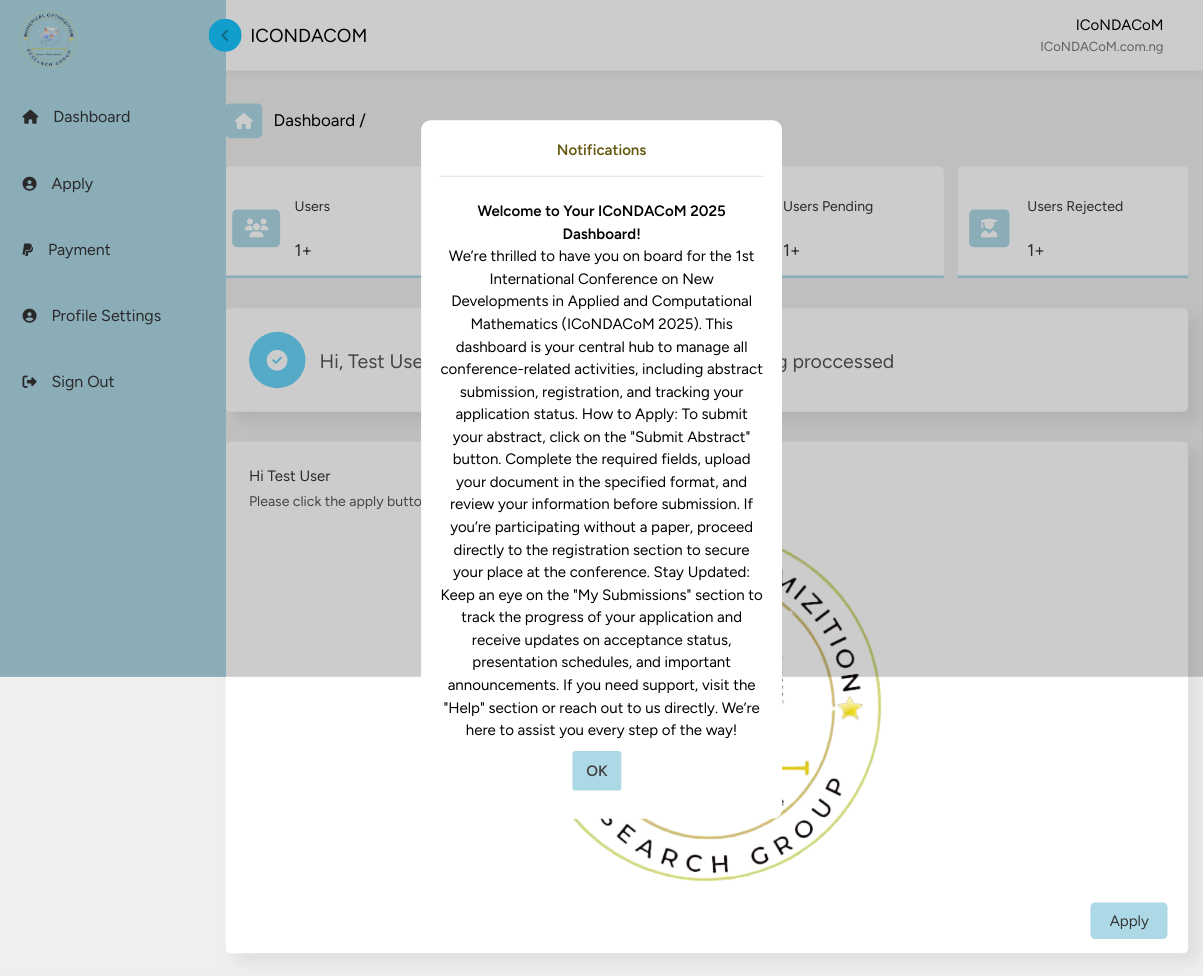
Repository: mrcode-gmb/aa-lectturn
Page: http://localhost/dashboard
The author's editor kept a copy of each file at every save. The page is drawn from the files as they stood at one save, then again after the next save.
The browser window is 1280 px wide. The pictures show the whole page, at 94% of full size.
The page is served by the project's Laravel application, run on PHP 8.4 with Laravel 10. A made-up administrator, Test User (test@example.com), is signed in. Other server files are loaded and not shown. Queries for data that is not in the repository find no rows.

Above is the page before, as saved 2025-02-07 10:22:29.

### routes/web.php
<?php

use App\Models\User;
use Illuminate\Support\Facades\Mail;
use Illuminate\Support\Facades\Route;
use App\Http\Controllers\ProfileController;
use App\Http\Controllers\ApplyCompetationController;

/*
|--------------------------------------------------------------------------
| Web Routes
|--------------------------------------------------------------------------
|
| Here is where you can register web routes for your application. These
| routes are loaded by the RouteServiceProvider and all of them will
| be assigned to the "web" middleware group. Make something great!
|
*/

Route::get('/', function () {
    return view('welcome');
});

Route::get('/dashboard', function () {
    return view('dashboard',
    [
        "allUsers" => User::where("role",2)->count(),
        "allPendingUsers" => User::where("status",1)->count(),
        "allApprovedUsers" => User::where("status",2)->count(),
        "allRejectedUsers" => User::where("status",3)->count(),
    ]);
})->middleware(['auth', 'verified'])->name('dashboard');

Route::middleware('auth')->group(function () {
    Route::get('/profile', [ProfileController::class, 'edit'])->name('profile.edit');
    Route::patch('/profile', [ProfileController::class, 'update'])->name('profile.update');
    Route::delete('/profile', [ProfileController::class, 'destroy'])->name('profile.destroy');

    Route::controller(ApplyCompetationController::class)->group(function () {
        Route::get("/apply", "index")->name("apply");
        Route::get("/users/applied", "showAppliedUsers")->name("apply.showAppliedUsers");
        Route::get("/users/payment/histories", "showPaymentHistories")->name("apply.showPaymentHistories");
        Route::get("/users/all", "showAlldUsers")->name("all.showAppliedUsers");
        Route::post("apply/store", "store")->name("apply.store");
        Route::post("apply/update", "update")->name("apply.update");
        Route::post("apply/payment-status", "paymentStatus")->name("apply.paymentStatus");
        Route::get("/payment/user", "userPayment")->name("userPayment");
        Route::post("/payment/payment", "userPaymentPayment")->name("userPaymentPayment");
    });
});

require __DIR__ . '/auth.php';

### app/Models/User.php
<?php

namespace App\Models;

// use Illuminate\Contracts\Auth\MustVerifyEmail;
use Illuminate\Database\Eloquent\Factories\HasFactory;
use Illuminate\Foundation\Auth\User as Authenticatable;
use Illuminate\Notifications\Notifiable;
use Laravel\Sanctum\HasApiTokens;

class User extends Authenticatable
{
    use HasApiTokens, HasFactory, Notifiable;

    /**
     * The attributes that are mass assignable.
     *
     * @var array<int, string>
     */
    protected $fillable = [
        'name',
        'email',
        "status",
        'password',
    ];

    /**
     * The attributes that should be hidden for serialization.
     *
     * @var array<int, string>
     */
    protected $hidden = [
        'password',
        'remember_token',
    ];

    /**
     * The attributes that should be cast.
     *
     * @var array<string, string>
     */
    protected $casts = [
        'email_verified_at' => 'datetime',
        'password' => 'hashed',
    ];

    public function userApplied()
    {
        return $this->hasOne(ApplyCompetation::class);
    }
    public function payment()
    {
        return $this->hasOne(Payment::class);
    }
}

### resources/views/dashboard.blade.php
<x-app-layout>
    <div>
        <section id="mainbody">
            <div class="main-body">
                <div class="str">
                    <div class="str-home">
                        <i class="fa fa-home"></i>
                        <div class="db">
                            <h4>Dashboard / &nbsp;</h4>
                            <p></p>
                        </div>
                    </div>
                </div>
                <div>
                    <div class="tabs" id="tabls">
                        <div class="">
                            <div class="container-fluiding">
                                <div class="col-md-3">
                                    <div class="icon-flex">
                                        <div class="left">
                                            <i class="fa fa-users"></i>
                                        </div>
                                        <div class="right">
                                            <h4>Users</h4>
                                            <p class="percent" id="percent">0%</p>
                                        </div>
                                    </div>
                                    <div class="loader">
                                        <div class="shows" id="shows"></div>
                                    </div>
                                </div>
                                <div class="col-md-3">
                                    <div class="icon-flex">
                                        <div class="left">
                                            <i class="fa fa-hand-point-right"></i>
                                        </div>
                                        <div class="right">
                                            <h4>Users Approved</h4>
                                            <p class="percent" id="percent1">0%</p>
                                        </div>
                                    </div>
                                    <div class="loader">
                                        <div class="shows" id="shows1"></div>
                                    </div>
                                </div>
                                <div class="col-md-3">
                                    <div class="icon-flex">
                                        <div class="left">
                                            <i class="fa fa-money-check-alt"></i>
                                        </div>
                                        <div class="right">
                                            <h4>Users Pending</h4>
                                            <p class="percent" id="percent2">0%</p>
                                        </div>
                                    </div>
                                    <div class="loader">
                                        <div class="shows" id="shows2"></div>
                                    </div>
                                </div>
                                <div class="col-md-3">
                                    <div class="icon-flex">
                                        <div class="left">
                                            <i class="fa fa-user-graduate"></i>
                                        </div>
                                        <div class="right">
                                            <h4>Users Rejected</h4>
                                            <p class="percent" id="percent3">0%</p>
                                        </div>
                                    </div>
                                    <div class="loader">
                                        <div class="shows" id="shows3"></div>
                                    </div>
                                </div>
                            </div>
                        </div>
                        <x-auth-session-status class="mb-4" :status="session('status')" />
                        @if (Auth::user()->status != 0)
                            @if (Auth::user()->status == 1)
                                <div class="full-chart">
                                    <div class="chart-title flex-class">
                                        <div class="circle-pending">
                                            <i class="fa fa-check-circle"></i>
                                        </div>
                                        <div class="circle-text">
                                            <p>Hi, {{ Auth::user()->name }}, Congratulation your application is being
                                                proccessed </p>
                                        </div>
                                    </div>
                                </div>
                            @elseif (Auth::user()->status == 2)
                                <div class="full-chart">
                                    <div class="chart-title flex-class">
                                        <div class="circle-success">
                                            <i class="fa fa-check-circle"></i>
                                        </div>
                                        <div class="circle-text">
                                            <p>Hi, {{ Auth::user()->name }}, Congratulation your application has been
                                                approved.
                                            </p>
                                        </div>
                                    </div>
                                </div>
                            @elseif (Auth::user()->status == 3)
                                <div class="full-chart">
                                    <div class="chart-title flex-class">
                                        <div class="circle-rejected">
                                            <i class="fa fa-check-circle"></i>
                                        </div>
                                        <div class="circle-text">
                                            <p>Hi, {{ Auth::user()->name }}, Sorry your application cannot be
                                                considered.
                                            </p>
                                        </div>
                                    </div>
                                </div>
                            @else
                            @endif
                        @endif
                    </div>
                </div>

                @if (Auth::user()->role == 1)
                    <div>
                        <div class="tabs" id="tabls">
                            <div class="full-chart">
                                <div class="chart-title">
                                    <h3>Hi {{ Auth::user()->name }} (Super Admin)</h3>
                                    <p>Please click the manage users button to view, approved, or reject user who apply
                                    </p>
                                </div>
                                <div class="dont-have">
                                    <img src="{{ asset('asset/photos/WhatsApp_Image_2024-10-23_at_8.20.45_PM-removebg-preview.png') }}"
                                        alt="">
                                </div>
                                <div class="create-app">
                                    <a href="apply">
                                        Manage Users
                                    </a>
                                </div>
                            </div>
                            <br>
                        </div>
                    </div>
                @else
                    <div>
                        <div class="tabs" id="tabls">
                            <div class="full-chart">
                                <div class="chart-title">
                                    <h3>Hi {{ Auth::user()->name }}</h3>
                                    <p>Please click the apply button to apply</p>
                                </div>
                                <div class="dont-have">
                                    <img src="{{ asset('asset/photos/WhatsApp_Image_2024-10-23_at_8.20.45_PM-removebg-preview.png') }}"
                                        alt="">
                                </div>
                                <div class="create-app">
                                    <a href="apply">
                                        Apply
                                    </a>
                                </div>
                            </div>
                            <br>
                        </div>
                    </div>
                @endif
                <!-- end design dashboard content  -->
            </div>
        </section>
    </div>
    <div class="modal d-nones text-center font-bold" id="modal">
        <div class="modal-dialog">
            <div class="modal-head">
                <p><b>Notifications</b> </p>
            </div>
            <form class="modal-body">
                <p>
                    <b>Welcome to Your ICoNDACoM 2025 Dashboard!</b> <br>
We’re thrilled to have you on board for the 1st International Conference on New Developments in Applied and Computational Mathematics (ICoNDACoM 2025). This dashboard is your central hub to manage all conference-related activities, including abstract submission, registration, and tracking your application status.

How to Apply:
To submit your abstract, click on the "Submit Abstract" button. Complete the required fields, upload your document in the specified format, and review your information before submission. If you’re participating without a paper, proceed directly to the registration section to secure your place at the conference.

Stay Updated:
Keep an eye on the "My Submissions" section to track the progress of your application and receive updates on acceptance status, presentation schedules, and important announcements. If you need support, visit the "Help" section or reach out to us directly. We’re here to assist you every step of the way!


                </p>
                <div class="modal-footer text-center">
                    <button type="button" onclick="modalDismiss()">OK</button>
                </div>
            </form>
        </div>
    </div>
    <script>
        const modalDismiss = ()=>{
            document.querySelector("#modal").style.display = "none";
        }
        window.onclick = (e)=>{
            const modal = document.getElementById("modal")
            if(e.target == modal){
                document.querySelector("#modal").style.display = "none";
            }
        }
        window.onload = () => {
            let loader = document.querySelector(".shows"),
                percent = document.querySelector("#percent");

            let loaderStart = 0,
                loaderEnd = {{ $allUsers < 1 ? 1 : $allUsers }},
                loaderTime = 60;

            let start = setInterval(() => {
                loaderStart++;

                percent.textContent = loaderStart + '+';
                loader.style.width = `${loaderStart}`;
                loader.style.background = `rgb(173, 216, 230)`;


                if (loaderStart == loaderEnd) {
                    clearInterval(start);
                }
            }, loaderTime);


            let loader1 = document.querySelector("#shows1"),
                percent1 = document.querySelector("#percent1");

            let loaderStart1 = 0,
                loaderEnd1 = {{ $allApprovedUsers < 1 ? 1 : $allApprovedUsers }},
                loaderTime1 = 60;

            let start1 = setInterval(() => {
                loaderStart1++;

                percent1.textContent = loaderStart1 + '+';
                loader1.style.width = `${loaderStart1}`;
                loader1.style.background = `rgb(173, 216, 230)`;


                if (loaderStart1 == loaderEnd1) {
                    clearInterval(start1);
                }
            }, loaderTime1);




            let loader2 = document.querySelector("#shows2"),
                percent2 = document.querySelector("#percent2");

            let loaderStart2 = 0,
                loaderEnd2 = {{ $allPendingUsers < 1 ? 1 : $allPendingUsers }},
                loaderTime2 = 60;

            let start2 = setInterval(() => {
                loaderStart2++;

                percent2.textContent = loaderStart2 + '+';
                loader2.style.width = `${loaderStart2}`;
                loader2.style.background = `rgb(173, 216, 230)`;


                if (loaderStart2 == loaderEnd2) {
                    clearInterval(start2);
                }
            }, loaderTime2);


            let loader3 = document.querySelector("#shows3"),
                percent3 = document.querySelector("#percent3");

            let loaderStart3 = 0,
                loaderEnd3 = {{ $allRejectedUsers < 1 ? 1 : $allRejectedUsers }},
                loaderTime3 = 60;

            let start3 = setInterval(() => {
                loaderStart3++;

                percent3.textContent = loaderStart3 + '+';
                loader3.style.width = `${loaderStart3}`;
                loader3.style.background = `rgb(173, 216, 230)`;


                if (loaderStart3 == loaderEnd3) {
                    clearInterval(start3);
                }
            }, loaderTime3);

        }
    </script>
</x-app-layout>

### resources/views/components/auth-session-status.blade.php
@props(['status'])

@if ($status)
    <div {{ $attributes->merge(['class' => 'font-medium text-sm text-green-600 dark:text-green-400 alert-success']) }}>
        <i class="fa fa-check-circle"></i>&nbsp;{{ $status }}
    </div>
@endif

Loaded but not shown: routes/auth.php (common file); app/Http/Controllers/Auth/EmailVerificationPromptController.php (common file); app/Http/Controllers/Controller.php (common file); app/Http/Controllers/Auth/VerifyEmailController.php (common file); app/View/Components/AppLayout.php (common file); public/asset/fontawesome-free/css/all.min.css (library); public/asset/fontawesome-free/css/all.css (library); public/asset/styles.css (1619 lines, source omitted); public/asset/form.css (503 lines, source omitted); resources/views/layouts/app.blade.php (123 lines, source omitted); resources/views/layouts/navigation.blade.php (128 lines, source omitted)

After the next save:
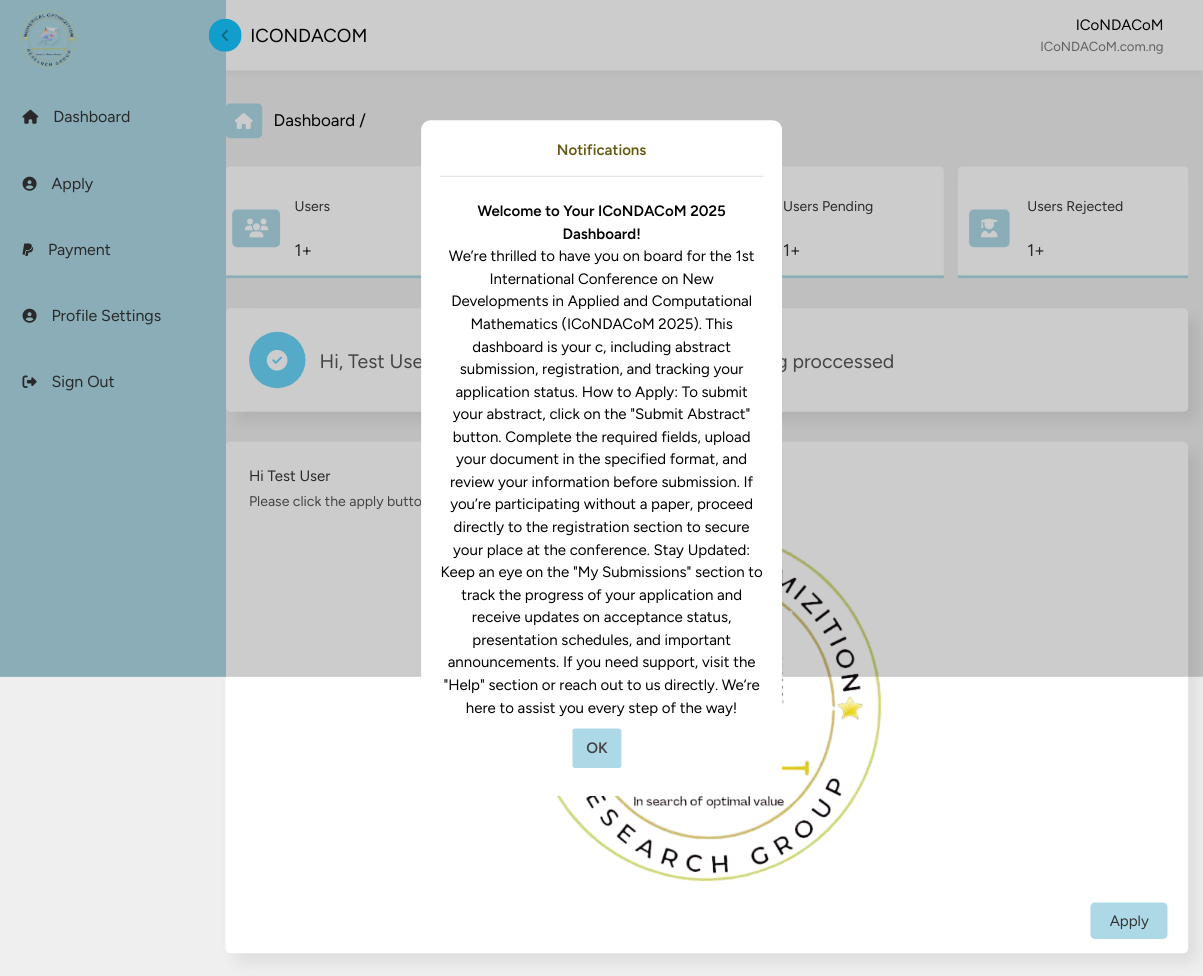
Saved 62 s later.
--- a/resources/views/dashboard.blade.php
+++ b/resources/views/dashboard.blade.php
@@ -175,7 +175,7 @@
             <form class="modal-body">
                 <p>
                     <b>Welcome to Your ICoNDACoM 2025 Dashboard!</b> <br>
-We’re thrilled to have you on board for the 1st International Conference on New Developments in Applied and Computational Mathematics (ICoNDACoM 2025). This dashboard is your central hub to manage all conference-related activities, including abstract submission, registration, and tracking your application status.
+We’re thrilled to have you on board for the 1st International Conference on New Developments in Applied and Computational Mathematics (ICoNDACoM 2025). This dashboard is your c, including abstract submission, registration, and tracking your application status.
 
 How to Apply:
 To submit your abstract, click on the "Submit Abstract" button. Complete the required fields, upload your document in the specified format, and review your information before submission. If you’re participating without a paper, proceed directly to the registration section to secure your place at the conference.
